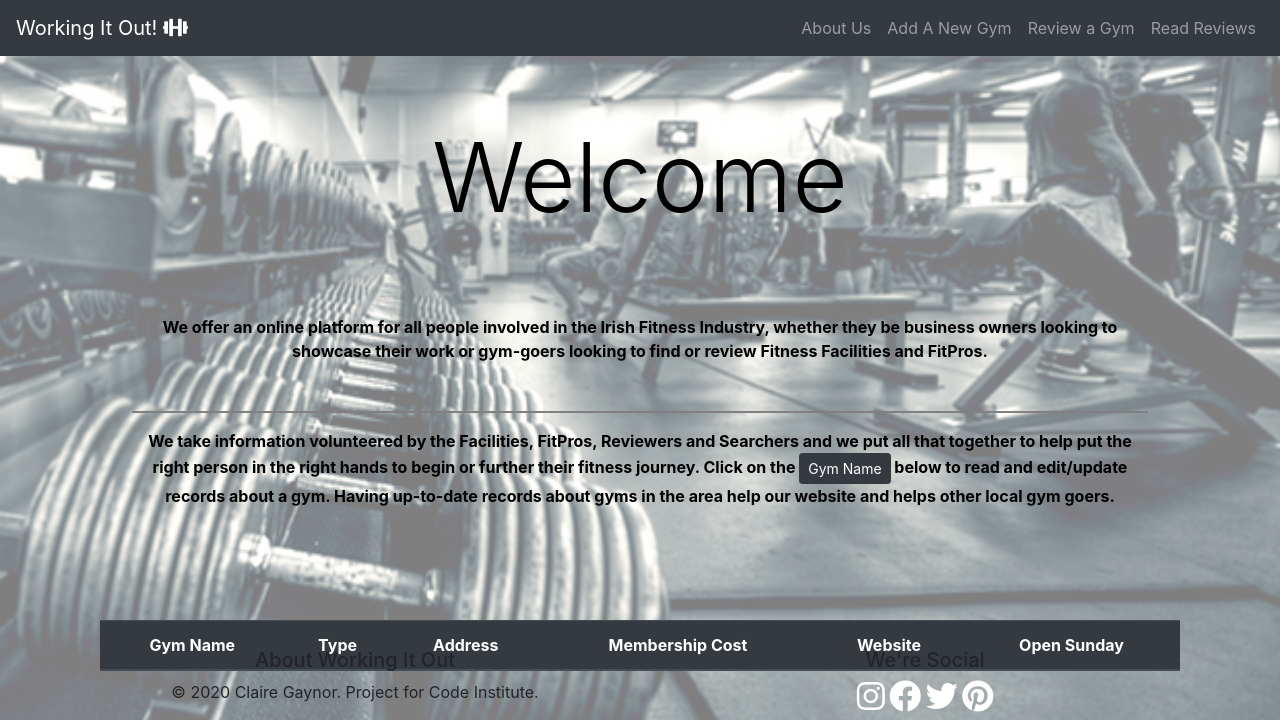
Repository: cgaynor91/Working_It_Out
Page: http://localhost/
The author's editor kept a record of every edit. The page is drawn from the files as they stood at one moment, then again after the next edit.
The browser window is 1280 px wide. The pictures show the whole page.
Some web libraries are served in a nearby version. The page is served by the project's application, run on Flask 3 (app.py). Queries for data that is not in the repository find no rows.

Above is the page before.

### templates/home.html
{% extends 'base.html'%} {% block content %}

<div class="container-fluid">
 <div class="container justify-content-center">
  <div class="col-12 jumbo-text">
   <div class="jumbotron">
    <h1 class="display-3">Welcome</h1>
    <p class="welcome-para"></b>We offer an online platform for all people involved in the Irish Fitness Industry, whether they be business owners looking to showcase their work or gym-goers looking to find or review Fitness Facilities and FitPros.</p>
    <hr>
    <p class="welcome-para">We take information volunteered by the Facilities, FitPros, Reviewers and Searchers and we put all that together to help put the right person in the right hands to begin or further their fitness journey. Click on the <button type="button" class="btn btn-dark btn-sm">Gym Name</button>     below to read and edit/update records about a gym. Having up-to-date records about gyms in the area help our website and helps other local gym goers.</p>
   </div>
  </div>
 </div>



 <!-- Table of gym Data -->

 <div class="container">
  <div class="col-12 col-md-8 table-responsive table-data">
   <table class="table table-hover">
    <thead class="thead-dark">
     <tr>
      <th scope="col">Gym Name</th>
      <th scope="col">Type</th>
      <th scope="col">Address</th>
      <th scope="col">Membership Cost</th>
      <th scope="col">Website</th>
      <th scope="col">Open Sunday</th>
     </tr>
    </thead>
    <tbody>

     {% for gym in gyms %}
     <tr>
      <td><a class="btn btn-outline-dark btn-home" href="{{url_for('edit_gym', gym_id=gym._id)}}" role="button">{{gym.gym_name}}</a></td>
      <td>{{gym.gym_type}}</td>
      <td>{{gym.gym_address}}</td>
      <td>{{gym.cost}}</td>
      <td>{{gym.gym_url}}</td>
      <td>{{gym.open_sunday}}</td>
     </tr>
     {% endfor %}
    </tbody>
   </table>
</div>
</div>

  {% endblock %}

### templates/base.html
<!DOCTYPE html>
<html>

<head>
    <link href="https://fonts.googleapis.com/css?family=Rubik&display=swap" rel="stylesheet">
    <link rel="stylesheet" href="https://stackpath.bootstrapcdn.com/bootstrap/4.4.1/css/bootstrap.min.css">
    <link rel="stylesheet" href="https://cdnjs.cloudflare.com/ajax/libs/font-awesome/5.12.0/css/all.min.css" />
    <link rel="stylesheet" href="{{ url_for('static', filename='css/style.css') }}" type="text/css" />
    <title>Working It Out!</title>
</head>

<body>
    <header>
        <!-- Navbar taken from Bootstrap -->
        <nav class="navbar navbar-expand-md navbar-dark bg-dark home-text">
            <a class="navbar-brand" href="{{url_for('get_gyms')}}">Working It Out! <i
                    class="fas fa-dumbbell"></i></a>
            <button class="navbar-toggler" type="button" data-toggle="collapse" data-target="#navbarNavAltMarkup" aria-controls="navbarNavAltMarkup" aria-expanded="false" aria-label="Toggle navigation">
                <span class="navbar-toggler-icon"></span>
            </button>
            <div class="collapse navbar-collapse" id="navbarNavAltMarkup">
                <div class="navbar-nav ml-auto">
                    <a class="nav-item nav-link" href="{{url_for('about')}}">About Us</a>
                    <a class="nav-item nav-link" href="{{url_for('add_new_gym')}}">Add A New Gym</a>
                    <a class="nav-item nav-link" href="{{url_for('gym_review')}}">Review a Gym</a>
                    <a class="nav-item nav-link" href="{{url_for('read_review')}}">Read Reviews</a>


                </div>
            </div>

        </nav>
    </header>

    <!-- Background image -->
    <div class="container-fluid bg"></div>


    {% block content %} {% endblock %}

    <!--Footer-->
    <footer class="fixed-bottom">
        <div class="container">
            <div class="row">
                <div class="col l6 s12">
                    <h5>About Working It Out</h5>
                    <p> © 2020 Claire Gaynor. Project for Code Institute.</p>
                </div>
                <div class="col l4 offset-l2 s12">
                    <h5>We're Social</h5>
                    <a href="https://www.instagram.com/" target="_blank"><i class="fab fa-instagram fa-2x" style="color:white"></i></a>
                    <a href="https://www.facebook.com/" target="_blank"><i class="fab fa-facebook fa-2x" style="color:white"></i></a>
                    <a href="https://www.twitter.com/" target="_blank"><i class="fab fa-twitter fa-2x" style="color:white"></i>
                    <a href="https://www.pinterest.com/" target="_blank"><i class="fab fa-pinterest fa-2x" style="color:white"></i></a>
                </div>
            </div>
        </div>
    </footer>



    <script src="https://code.jquery.com/jquery-3.4.1.slim.min.js"></script>
    <script src="https://cdn.jsdelivr.net/npm/popper.js@1.16.0/dist/umd/popper.min.js"></script>
    <script src="https://stackpath.bootstrapcdn.com/bootstrap/4.4.1/js/bootstrap.min.js"></script>
</body>

</html>

### app.py
import os
from flask import Flask, render_template, redirect, request, url_for
from flask_pymongo import PyMongo
from bson.objectid import ObjectId

app = Flask(__name__)
app.config["MONGO_DBNAME"] = 'working_it_out'
app.config["MONGO_URI"] = os.getenv('MONGO_URI')

mongo = PyMongo(app)


@app.route('/')
@app.route('/get_gyms')
def get_gyms():
    return render_template("home.html", gyms=mongo.db.gyms.find())

@app.route("/about")
def about():
    return render_template("about.html")


@app.route("/add_new_gym")
def add_new_gym():
    return render_template("add_gym.html")

# Sends the data that the user inserts to the database

@app.route("/insert_gym", methods=['POST'])
def insert_gym():
    gym = mongo.db.gyms
    gym.insert_one({
        'gym_name': request.form.get('Gym Name'),
        'gym_type': request.form.get('Gym Type'),
        'address':request.form.get('Gym Address'),
        'cost':request.form.get('Membership Cost'),
        'gym_url':request.form.get('Gym Website'),
        })
    return redirect(url_for('get_gyms'))


# Allows user to update information about a gym

@app.route("/edit_gym/<gym_id>")
def edit_gym(gym_id):
    the_gym = mongo.db.gyms.find_one({"_id": ObjectId(gym_id)})
    return render_template("update_gym.html", gym=the_gym)

@app.route("/update_gym/<gym_id>", methods=["POST"])
def update_gym(gym_id):
    gym = mongo.db.gyms
    gym.update({'_id': ObjectId(gym_id)}, {
        'gym_name' : request.form.get('gym_name'),
        'status' : request.form.get('gym_type'),
        'address' : request.form.get('gym_address'),
        'cost' : request.form.get('cost'),
        'gym_url' : request.form.get('gym_url')
    })
    return redirect(url_for('get_gyms'))

# Delete option for a user if they wish to delete a review they wrote or delete a review written by someone else that may be incorrect

@app.route("/delete_gym/<gym_id>")
def delete_gym(gym_id):
    mongo.db.gyms.remove({'_id': ObjectId(gym_id)})
    return redirect(url_for('get_gyms'))

@app.route("/leave_review")
def gym_review():
    return render_template("gym_review.html", gyms=mongo.db.gyms.find())

# Sends the data that the user inserts to the database

@app.route("/gym_review", methods=['POST'])
def insert_review():
    review = mongo.db.reviews
    review.insert_one(request.form.to_dict())
    return redirect(url_for('gym_review'))


@app.route("/read_review")
def read_review():
    return render_template("read_reviews.html", reviews=mongo.db.reviews.find())

if __name__ == '__main__':
    app.run(host=os.environ.get('IP'),
            port=int(os.environ.get('PORT')),
            debug=True)

### static/css/style.css
.body {
    min-height: 100%;
}

.container-fluid {
    text-align: center;
}


.container-fluid_reviews {
    text-align: left;
}

.display-3 {
    font-size: 6rem;
    font-weight: 300;
    line-height: 1.2;
    margin-bottom: 5rem;
}

hr {
    border: 1px solid grey;
}

.welcome-para {
    margin-top: 0px;
    margin-bottom: 3rem;
}

.col-12 {
    -ms-flex: 0 0 100%;
    flex: 0 0 100%;
    max-width: 100%;
}

.bg {
    background-image: url(../images/bg-image.png);
    background-size: cover;
    height: 100%;
    overflow: hidden;
    position: fixed;
    width: 100%;
    opacity: 0.5;
    z-index: -1;
}

.jumbotron {
    background-color: transparent;
    margin-bottom: 0px;
}

.jumbo-text {
    color: #000;
    font-weight: bolder;
}

.btn-home {
    font-weight: bold;
    min-width: 250px;
}

.table td,
.table th {
    padding: .75rem;
    vertical-align: top;
    border-top: 1px solid #dee2e6;
    font-weight: bolder;
}




.page-footer {
    background-color: #343a40;
    color: #fff;
}




/*

After the next edit:
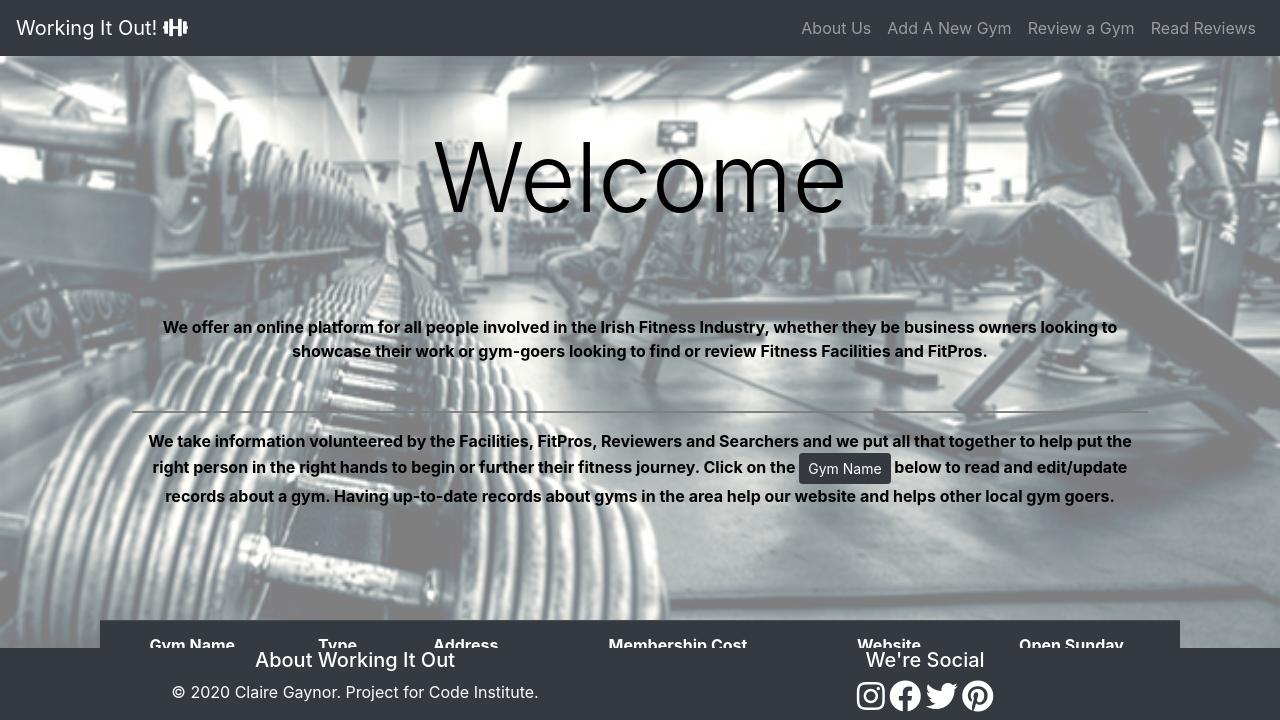
The edit:
--- a/static/css/style.css
+++ b/static/css/style.css
@@ -70,7 +70,7 @@
 
 
 
-.page-footer {
+.fixed-bottom {
     background-color: #343a40;
     color: #fff;
 }
